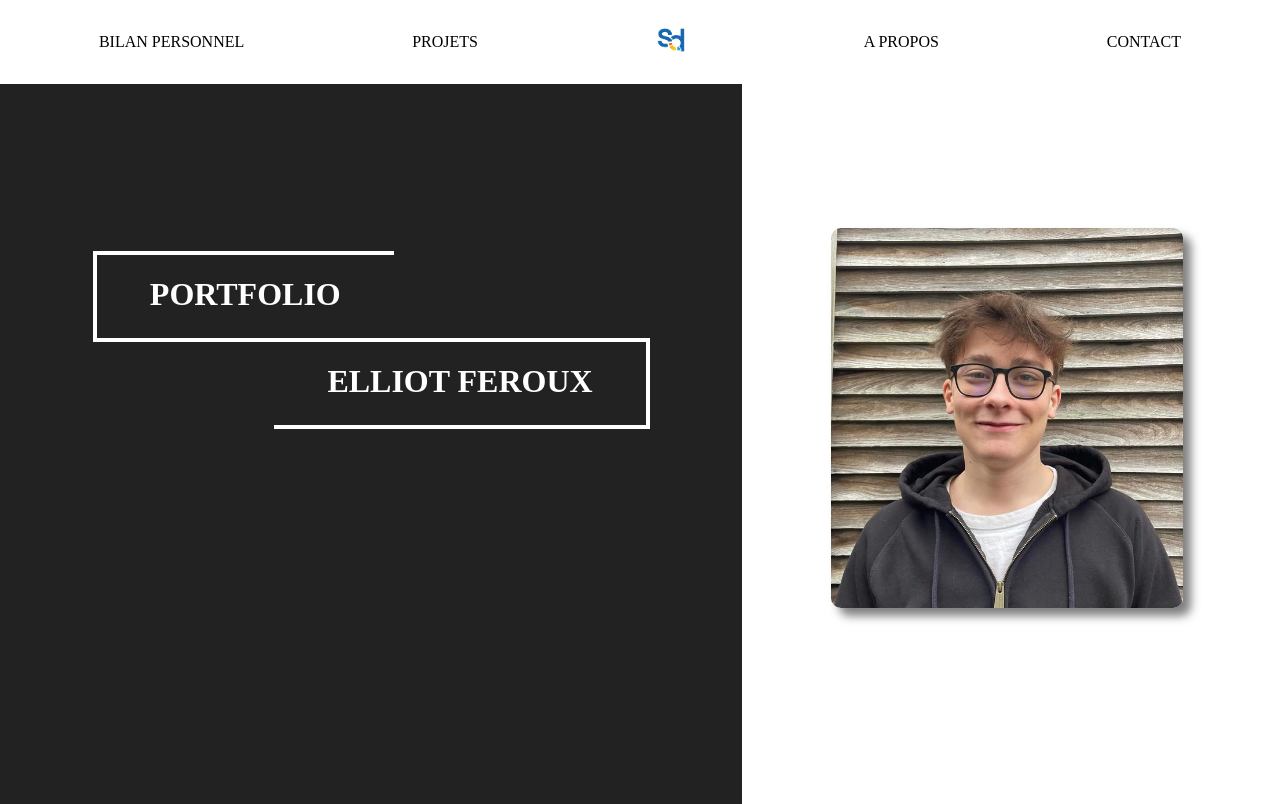
Repository: elliotfx/elliotfx.github.io
Page: html/main.html
An editor plug-in stored every save of this project. The page is shown before and after the next save, followed by the edit.
The browser window is 1280 px wide. The pictures show the whole page.

Above is the page before, as saved 2025-03-05 15:50:30.

After the next save:
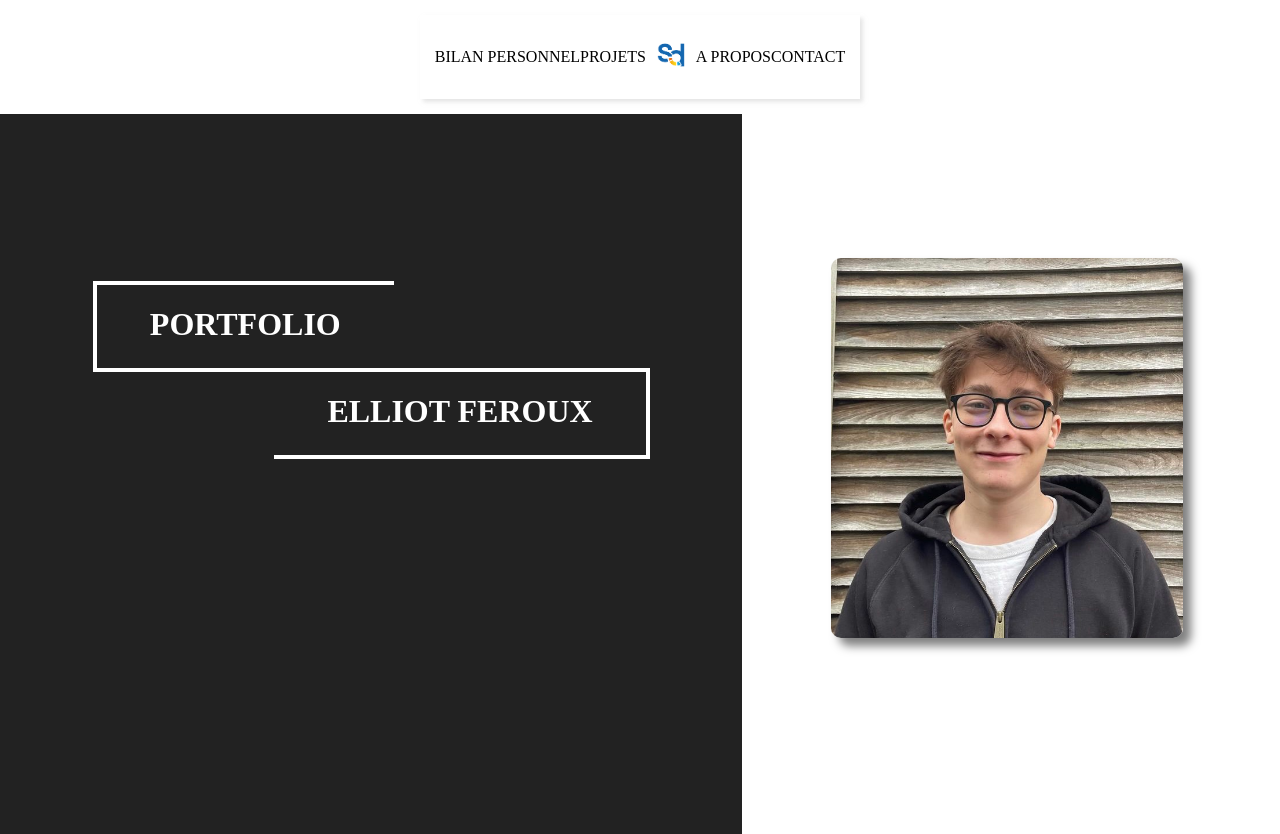
Saved 25 s later.
--- a/html/main.html
+++ b/html/main.html
@@ -16,8 +16,10 @@
 </head>
 
 <body>
+    <header>
+        <div id="header-placeholder"></div>
+    </header>
 
-    <div id="header-placeholder"></div>
 
     <div class="container">
         <div class="half black">

After the 5 saves that followed:
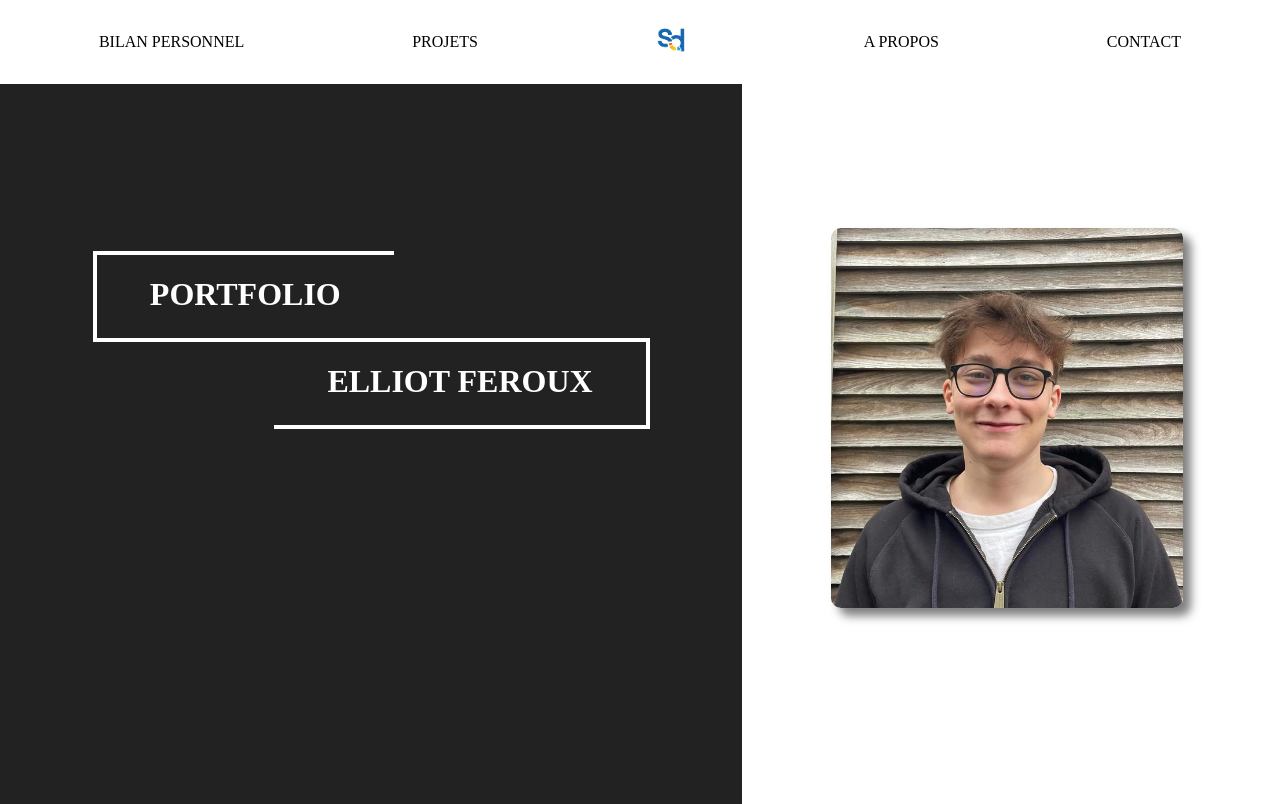
The 5 saves are shown as one change because 4 left the picture as it was.
The last was saved 5 min 15 s later.
--- a/html/main.html
+++ b/html/main.html
@@ -16,9 +16,37 @@
 </head>
 
 <body>
-    <header>
-        <div id="header-placeholder"></div>
-    </header>
+
+        <header>
+            <div class="navbar" id="nav">
+                <div class="burger-container">
+                    <i class="fa fa-bars iconeburger" aria-hidden="true"></i>
+                </div>
+                <ul class="navbar-menu">
+                    <li class="link-nav-underline"><a href="bilan.html">BILAN PERSONNEL</a></li>
+                    <li class="link-nav-underline-projet"><a href="projets.html">PROJETS</a></li>
+                    <li class="logo">
+                        <a href="https://iutp.univ-poitiers.fr/sd/" target="_blank">
+                            <img src="./../Images/SD.png" alt="Logo BUT Sciences des Données">
+                        </a>
+                    </li>
+                    <li class="link-nav-underline"><a href="apropos.html">A PROPOS</a></li>
+                    <li class="link-nav-underline"><a href="contact.html">CONTACT</a></li>
+                </ul>
+            </div>
+
+            <div id="burgerbar">
+                <a href="https://iutp.univ-poitiers.fr/sd/" target="_blank"><img src="./../Images/SD.png" alt="Logo BUT Sciences des Données" class="logo-burger"></a>
+                <i class="fa fa-times iconeburgerclose" aria-hidden="true"></i>
+                <ul class="burger-menu-list">
+                    <li class="link-nav-underline"><a href="bilan.html">BILAN PERSONNEL</a></li><br>
+                    <li class="link-nav-underline"><a href="projets1.html">PROJETS</a></li><br>
+                    <li class="link-nav-underline"><a href="apropos.html">A PROPOS</a></li><br>
+                    <li class="link-nav-underline"><a href="contact.html">CONTACT</a></li>
+                </ul>
+            </div>
+        </header>
+
 
 
     <div class="container">
--- a/JS/headerloader.js
+++ b/JS/headerloader.js
@@ -1,5 +1,5 @@
 // headerLoader.js
-fetch('header.html')
+fetch('html/header.html')
     .then(response => response.text())
     .then(data => {
         document.getElementById('header-placeholder').innerHTML = data;
